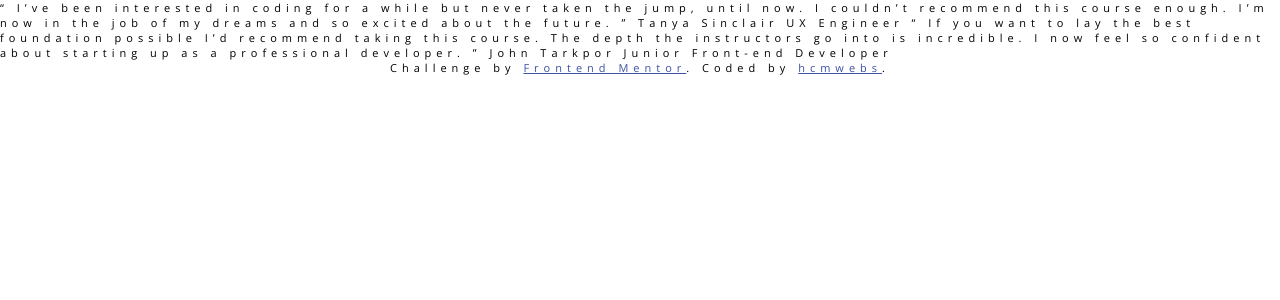
Repository: Hcmwebs/Coding-Bootcamp-Testimonials
Page: index.html
The author's editor kept a copy of each file at every save. The page is drawn from the files as they stood at one save, then again after the next save.
The browser window is 1280 px wide. The pictures show the whole page.
The style sheet was rebuilt from its Sass, Less or Tailwind sources for each picture, by a compiler version that may differ from the author's.

Above is the page before, as saved 2020-10-29 08:02:51.

After the next save:
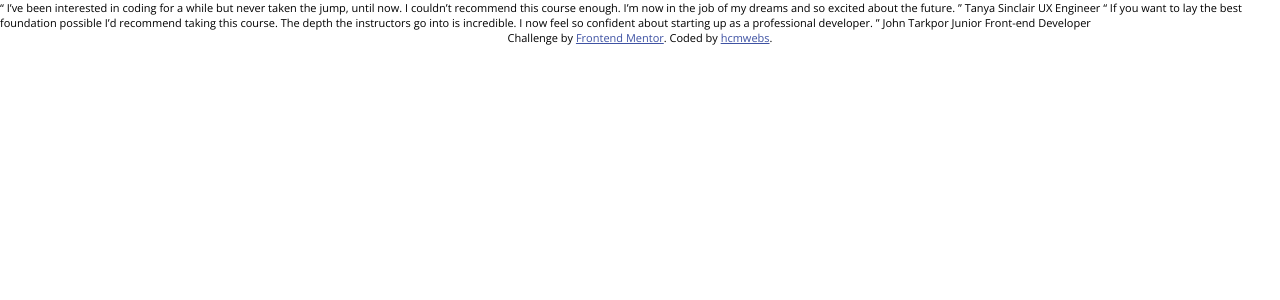
Saved 6 s later.
--- a/scss/main.scss
+++ b/scss/main.scss
@@ -11,6 +11,5 @@ body{
   font-family: 'Open Sans',sans-serif;
   font-size: 11px;
   font-weight: 300;
-  letter-spacing: 5px ;
 
 }
